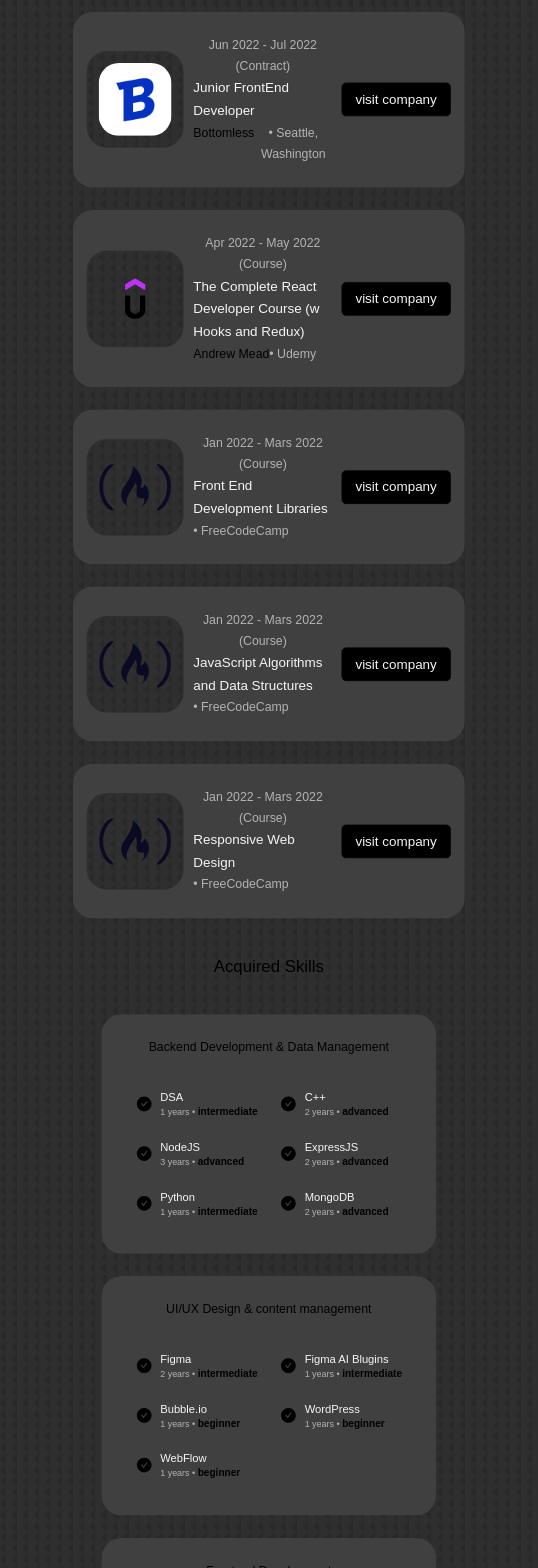
Repository: Z-Bahaa/project_joker_react_portfolio
Page: /
An editor plug-in stored every save of this project. The page is shown before and after the next save, followed by the edit.
The browser window is 768 px wide. The pictures show the part of the page from y = 4260 to 6500 px (the page is 8555 px tall before and 8686 px after), at 70% of full size.
Some web fonts or font styles are not loaded; a fallback is used. The project was rebuilt for these pictures with package versions that can differ from the ones it lists, and the page was loaded fresh each time. Imported but missing from the stored project, and not drawn on this page: src/assets/resume.pdf.

Above is the page before, as saved 2023-08-21 18:54:17.

### public/index.html
<!DOCTYPE html>
<html lang="en">

<head>
  <meta charset="UTF-8">
  <meta name="viewport" content="width=device-width, initial-scale=1.0">
  <title>Zeyad Bahaa</title>
  <link rel="shortcut icon" href="/Logo.png" />
</head>

<body>
  <div id="root"></div>
</body>

</html>

### src/App.jsx
import Header from './components/header/Header'
import Nav from './components/nav/Nav'
import About from './components/about/About'
import Experience from './components/experience/Experience'
// import Services from './components/services/Services'
import Portfolio from './components/portfolio/Portfolio'
// import Testimonials from './components/testimonials/Testimonials'
import Contact from './components/contact/Contact'
import Footer from './components/footer/Footer'


const App = () => {
  return (
    <>
      <Header />
      <Nav />
      <About />
      <Portfolio />
      <Experience />
      {/* <Services /> */}
{/*       <Testimonials /> */}
      <Contact />
      <Footer />

    </>
  )
}

export default App

### src/components/header/Header.jsx
import './header.css';
import CTA from './CTA'
import ME from '../../assets/me-3.png'
import HeaderSocials from './HeaderSocials'

const Header = () => {
  return (
    <div className='header container' id='home'>
      <div className='header__container'>
        <h5>Hello, I'm</h5>
        <h1>Zeyad Bahaa</h1>
        <h5 className="text-light">Software & web development Enthusiast</h5>
        <CTA />
        <HeaderSocials />

        <div className="me">
          <img src={ME} alt="" />
        </div>

        <a href='#contact' className="scroll__down">Scroll Down</a>
      </div>
    </div>
  )
}

export default Header

### src/components/nav/Nav.jsx
import './nav.css'
import { AiOutlineHome, AiOutlineUser, AiOutlineMessage } from 'react-icons/ai'
import { BiBookAlt } from 'react-icons/bi'
import { BsBagDash } from 'react-icons/bs'
import { useState} from 'react'

const Nav = () => {
  const [activeNav, setActiveNAv] = useState('#')
  return (
    <div className="nav">
      <a href="#home" className={activeNav === '#' ? 'active' : ''} onClick={() => setActiveNAv('#')}><AiOutlineHome /></a>
      <a href="#about" className={activeNav === '#about' ? 'active' : ''} onClick={() => setActiveNAv('#about')}><AiOutlineUser /></a>
      <a href="#portfolio" className={activeNav === '#services' ? 'active' : ''} onClick={() => setActiveNAv('#services')}><BsBagDash /></a>
      <a href="#experience" className={activeNav === '#experience' ? 'active' : ''} onClick={() => setActiveNAv('#experience')}><BiBookAlt /></a>
      <a href="#contact" className={activeNav === '#contact' ? 'active' : ''} onClick={() => setActiveNAv('#contact')}><AiOutlineMessage /></a>
    </div>
  )
}

export default Nav

### src/components/about/About.jsx
import './about.css'
import ME from '../../assets/me-3.png'
/* import { FiAward, FiUsers } from 'react-icons/fi'
import { AiFillFolderOpen } from 'react-icons/ai' */
const About = () => {
  return (
    <div className="section" id="about">
      <h5>Get To Know</h5>
      <h2>About Me</h2>

      <div className="container about__container">
        <div className="about__me">
          <div className="about__me-image">
            <img src={ME} alt="About" />
          </div>
        </div>

        <div className="about__content">
          {/* <div className="about__cards">

            <div className="about__card">
              <FiAward className="about__icon" />
              <h5>Experience</h5>
              <small>3+ Years Working</small>
            </div>

            <div className="about__card">
              <FiUsers className="about__icon" />
              <h5>Clients</h5>
              <small>200+ Worldwide</small>
            </div>

            <div className="about__card">
              <AiFillFolderOpen className="about__icon" />
              <h5>Projects</h5>
              <small>80+ Completed Projects</small>
            </div>

          </div> */}

          <p>
          Confident young professional with a passion for learning and development. eager to leverage education and training in the software development space to support the growth and success of a High performing organization. Strong track record of settling effective goals and leading teams to achieve those goals. committed to continuous improvement and driving team success.
          </p>

          <a href="#contact" className="btn btn-primary">Let's Talk</a>
        </div>
      </div>
    </div>
  )
}

export default About

### src/components/experience/Experience.jsx
import './experience.css'
import {skills, experience} from '../../data/experiences'
import { AiFillCheckCircle } from 'react-icons/ai'

const Experience = () => {
  return (
    <div className="section" id="experience">
      <h5>What Skills Do I Have?</h5>
      <h2>My Experiences</h2>
      <div className="history__container">
        {
          experience.map((e) => (
            <div>
              <div className="image-container">
                <img src={e.image} alt='company logo'/>
              </div>
              <div className="course-details-container">
                <p>{e.date}</p>
                <h1>{e.title}</h1>
                <section>
                  <span>{e.address.city}</span>
                  <p> • {e.address.country}</p>
                </section>
              </div>
              <a href={e.url} target="_blank" rel="noreferrer">
                <button className="btn btn-primary" >
                  <h1>visit company</h1>
                </button>
              </a>
            </div>
          ))
        }
      </div>
      <h2>Acquired Skills</h2>
      <div className="experience__container">
        {
          skills.map((field) => (
            <div>
              <h3>{field.title}</h3>
              <div className="experience__content">
                {
                  field.list.map((item) => (
                    <div className="experience__details">

                        <AiFillCheckCircle className="experience__details-icon"/>
                        <div>
                          <h4>{item.name}</h4>
                          <small>{(item.experience + " ")} • <span>{" " + item.level}</span> </small>
                        </div>
                    </div>
                  ))
                }
              </div>
            </div>
          ))
        }
      </div>

    </div>
  )
}

export default Experience

### src/components/portfolio/Portfolio.jsx
import './portfolio.css'
import projects from '../../data/projects'



const Portfolio = () => {
  return (
    <div className="section" id='portfolio'>
      <h5>My Recent Work</h5>
      <h2>Portfolio</h2>

      <div className="container portfolio__container">
        {
          projects.map(item => (
            <div  key={item.id} className="portfolio__item">
              <img src={item.img} className="portfolio__item-image" alt=""/>
              <h3>{item.title || 'This is a portfolio item title'}</h3>
              <p>{item.tech || 'This is a portfolio item title'}</p>
              <div className="portfolio__item-cta">
                <a className="btn" href={item.github} target='_blank' rel="noreferrer">Github</a>
                <a className="btn btn-primary" href={item.demo} target='_blank' rel="noreferrer">Live Demo</a>
              </div>
            </div>
          ))
        }
      </div>
    </div>
  )
}

export default Portfolio

### src/components/contact/Contact.jsx
import './contact.css'
import { AiOutlineMail, AiOutlineWhatsApp } from 'react-icons/ai'
import { RiMessengerLine } from 'react-icons/ri'


const Contact = () => {

  return (
    <div className="section" id="contact">
      <h5>Get In Touch</h5>
      <h2>Contact Me</h2>

      <div className="container contact__container">
        <div className="contact__options">

          <div className="contact__option">
            <AiOutlineMail className='contact__option-icon'/>
            <h4>Email</h4>
            <h5>zizobahaapersonal@gmail.com</h5>
            <a href="mailto:zizobahaapersonal@gmail.com">Send a message</a>
          </div>

          <div className="contact__option">
            <RiMessengerLine className='contact__option-icon'/>
            <h4>Messenger</h4>
            <h5>Zizo Bahaa</h5>
            <a href="https://m.me/100071918118359">Send a message</a>
          </div>
          <div className="contact__option">
            <AiOutlineWhatsApp className='contact__option-icon' />
            <h4>WhatsApp</h4>
            <h5>+201020730202</h5>
            <a href="https://api.whatsapp.com/send?phone=201020730202" >Send a message</a>
          </div>

        </div>

{        <form
          // ref={form}
          // onSubmit={sendEmail}
          >
          <input type="text" name="name" placeholder="Your Full Name" required/>
          <input type="email" name="email" placeholder="Your Email" required/>
          <textarea name="message" placeholder="Your Message" rows="7" required/>
          <button type="submit" className="btn btn-primary">send Message</button>
        </form>}
      </div>
    </div>
  )
}

export default Contact

### src/components/footer/Footer.jsx
import './footer.css'
import { AiOutlineLinkedin, AiOutlineFacebook, } from 'react-icons/ai'
import { FiTwitter, FiGithub, FiInstagram } from 'react-icons/fi'
import { FaTiktok } from 'react-icons/fa'
import { SiMyanimelist } from 'react-icons/si'

const Footer = () => {
  return (
    <div className="footer">
      <a href="#home" className="footer__icon">Z. bahaa</a>

      <ul className="permalinks">
        <li><a href="#home">Home</a></li>
        <li><a href="#about">About</a></li>
        <li><a href="#experience">Experience</a></li>
        {/* <li><a href="#services">Services</a></li> */}
        <li><a href="#portfolio">Portfolio</a></li>
        {/* <li><a href="#testimonials">Testimonials</a></li> */}
        <li><a href="#contact">Contact</a></li>
      </ul>

      <div className="footer__socials" >
        <a href='https://www.linkedin.com/in/z-bahaa-194022234/' target='_blank' rel="noreferrer"><AiOutlineLinkedin /></a>
        <a href='https://github.com/Z-Bahaa' target='_blank' rel="noreferrer"><FiGithub /></a>
        <a href='https://www.facebook.com/profile.php?id=100071918118359' target='_blank' rel="noreferrer"><AiOutlineFacebook /></a>
      </div>

      <div className="footer__coptright">
        <small>&copy; Z.bahaa. All rights reserved.</small>
      </div>
    </div>
  )
}

export default Footer

### src/components/header/header.css
.header {
  min-height: 120vh;
  padding-top: 7rem;
  /* overflow: hidden; */
}

.header__container {
  text-align: center;
  height: 100%;
  position: relative;
}

.cta {
  margin-top: 2.5rem;
  display: flex;
  gap: 1.2rem;
  justify-content: center;
}

.header__socials {
  display: flex;
  flex-direction: column;
  position: absolute;
  left: 0;
  bottom: 2rem;
  gap: 1rem;
}

.header__socials::after {
  content: "";
  width: 1px;
  height: 2rem;
  background: var(--color-primary);
  align-self: center;
}

.me {
  background: linear-gradient(var(--color-primary), transparent);
  width: 22rem;
  max-height: 27rem;
  position: absolute;
  left: calc(50% - 11rem);
  margin-top: 4rem;
  border-radius: 12rem 12rem 0 0;
  -webkit-border-radius: 12rem 12rem 0 0;
  -moz-border-radius: 12rem 12rem 0 0;
  -ms-border-radius: 12rem 12rem 0 0;
  -o-border-radius: 12rem 12rem 0 0;
  overflow: hidden;
  /* padding: 5rem 1.5rem 1.5rem 1.5rem; */
}
/* .me img {
  min-height: 40rem;
} */

.scroll__down {
  position: absolute;
  right: 0rem;
  bottom: 5rem;
  transform: rotate(90deg);
  -webkit-transform: rotate(90deg);
  -moz-transform: rotate(90deg);
  -ms-transform: rotate(90deg);
  -o-transform: rotate(90deg);
  font-weight: 300;
  font-size: 0.9rem
}

@media screen and (max-width: 1024px) {
  .header {
    height: 70vh;
  }
}

@media screen and (max-width: 600px) {



}

### src/components/header/CTA.jsx
import CV from '../../assets/resume.pdf'

import React from 'react'

const CTA = () => {
  return (
    <div className="cta">
      <a href={CV} className='btn'>Download CV</a>
      <a href="#contact" className="btn btn-primary">Let's Talk</a>
    </div>
  )
}

export default CTA

### src/components/header/HeaderSocials.jsx
import { AiOutlineLinkedin, AiOutlineFacebook,} from 'react-icons/ai'
import {FiGithub} from 'react-icons/fi'



const HeaderSocials = () => {
  return (
    <div className="header__socials">
      <a href='https://www.linkedin.com/in/zizo-bahaa' target='_blank'  rel="noreferrer"><AiOutlineLinkedin /></a>
      <a href='https://github.com/Z-Bahaa' target='_blank'  rel="noreferrer"><FiGithub /></a>
      <a href='https://www.facebook.com/profile.php?id=100071918118359' target='_blank'  rel="noreferrer"><AiOutlineFacebook /></a>
    </div>
  )
}

export default HeaderSocials

### src/components/nav/nav.css
.nav {
  background: rgba(0, 0, 0, 0.3);
  width: max-content;
  display: block;
  padding: 0.7em 1.7em;
  z-index: 2;
  position: fixed;
  left: 50%;
  transform: translateX(-50%);
  -webkit-transform: translateX(-50%);
  -moz-transform: translateX(-50%);
  -ms-transform: translateX(-50%);
  -o-transform: translateX(-50%);
  bottom: 2rem;
  display: flex;
  gap: 0.8rem;
  border-radius: 3rem;
  -webkit-border-radius: 3rem;
  -moz-border-radius: 3rem;
  -ms-border-radius: 3rem;
  -o-border-radius: 3rem;
  backdrop-filter: blur(15px);
}

.nav a {
  background: transparent;
  padding: 0.8rem;
  border-radius: 50%;
  -webkit-border-radius: 50%;
  -moz-border-radius: 50%;
  -ms-border-radius: 50%;
  -o-border-radius: 50%;
  display: flex;
  color: var(--color-light);
  font-size: 1.1rem;
}

.nav a:hover {
  background: rgba(0, 0, 0, 0.3);
}

.nav a.active {
  background: var(--color-primary);
  color: var(--color-bg)
}

### src/components/experience/experience.css
.experience__container {
  display: grid;
  grid-template-columns: 1fr 1fr;
  justify-content: center;
  gap: 2rem;
  margin-inline: 8rem;
}

.history__container {
  display: grid;
  grid-template-columns: 1fr;
  justify-content: center;
  gap: 2rem;
  margin-inline: 8rem;
  margin-bottom: 3rem;
}

.experience__container>div, .history__container>div {
  background: var(--color-bg-variant);
  display: flex;
  flex-direction: column;
  justify-content: center;
  width: 100%;
  padding: 2.4rem 5rem;
  border-radius: 1.8rem;
  -webkit-border-radius: 1.8rem;
  -moz-border-radius: 1.8rem;
  -ms-border-radius: 1.8rem;
  -o-border-radius: 1.8rem;
  border: 1px solid transparent;
  transition: var(--transition);
  -webkit-transition: var(--transition);
  -moz-transition: var(--transition);
  -ms-transition: var(--transition);
  -o-transition: var(--transition);
}

.history__container>div {
  display: flex;
  flex-direction: row;
  align-items: center;
  justify-content: flex-start;
  padding: 1.2rem;
}

.history__container>div .image-container{
  aspect-ratio: 1;
  display: flex;
  align-items: center;
  justify-content: center;
  width: fit-content;
  padding: 1rem;
  /* background-color: red; */
  border-radius: 1.8rem;
  -webkit-border-radius: 1.8rem;
  -moz-border-radius: 1.8rem;
  -ms-border-radius: 1.8rem;
  -o-border-radius: 1.8rem;
  background: var(--color-bg);
  background-image: url(../../assets/bg-texture.png);
  border-color: var(--color-bg);
  border-style: solid;
  border-width: 1px;
  margin-inline-end: .1rem;
}

.history__container>div .image-container img{
  width: 6.5rem;
  border-radius: 1.8rem;
  -webkit-border-radius: 1.8rem;
  -moz-border-radius: 1.8rem;
  -ms-border-radius: 1.8rem;
  -o-border-radius: 1.8rem;
}

.experience__container>div:hover, .history__container>div:hover {
  background: transparent;
  border-color: var(--color-primary-variant);
  cursor: default;
}

.history__container>div .course-details-container{
  padding: .8rem;
  display: flex;
  width: 100%;
  height: 100%;
  /* background-color: red; */
  flex-direction: column;
  justify-content: center;
  align-items: flex-start;

}
.history__container>div h1{
  font-size: 1.2rem;

}

.history__container>div .course-details-container section{
  display: flex;

}

.history__container>div .course-details-container  span {
  text-align: center;
  font-size: 1.1rem;
  /* margin-bottom: 2rem; */
  color: var(--color-primary);

}
.history__container>div .course-details-container  p {
  text-align: center;
  font-size: 1.1rem;
  /* margin-bottom: 1rem; */
  color: var(--color-light);

}

.history__container>div button {
  color: var(--color-white);
  min-width: fit-content;

}

.experience__container>div h3 {
  text-align: center;
  font-size: 1.1rem;
  margin-bottom: 2rem;
  color: var(--color-primary);
}

.experience__content {
  display: grid;
  grid-template-columns: 1fr 1fr;
  width: 100%;
  justify-content: space-between;
  /* background-color: red; */
  align-items: space-between;
  gap: 2rem;
  row-gap: 1.9rem;
}

.experience__details {
  display: flex;
  /* background-color: red; */
  width: fit-content;
  align-items: center;
  gap: .7rem;
}

.experience__details-icon {
  margin-bottom: 6px;
  font-size: 1.5rem;
  color: var(--color-primary);
}

.experience__details div {
  display: flex;
  flex-direction: column;
  gap: 0;
  align-items: flex-start;
  justify-content: center;
}

.experience__details div h4 {
  text-align: center;
  font-size: 1rem;
  line-height: 1rem;
  color: var(--color-white);
}

.experience__details div small {
  text-align: center;
  font-size: .8rem;
  /* line-height: 1rem; */
  color: var(--color-light);
}

.experience__details div span {
  text-align: center;
  font-size: .9rem;
  font-weight: bold;
  color: var(--color-primary);
}

@media screen and (max-width: 1024px) {
  .experience__container {
    grid-template-columns: 1fr;
    gap: 2rem;
    align-items: center;
    justify-content: center;
  }

  .experience__container>div {
    width: 80%;
    padding: 2rem;
    margin: 0 auto;
    min-width: fit-content;
  }

  .experience__content {
    padding: 1rem;
    width: 100%;
    align-items: center;
    justify-content: center;
    /* grid-template-columns: 1fr; */
  }
}

@media screen and (max-width: 900px) {
  .experience__container {
  }

  .experience__container>div {
    width: 80%;
    padding: 2rem;
    margin: 0 auto;
    min-width: fit-content;
  }

  .experience__content {
    padding: 1rem;
    width: 100%;
    align-items: center;
    justify-content: center;
    /* grid-template-columns: 1fr; */
  }
}

@media screen and (max-width: 600px) {
  .experience__container {
    gap: 1rem;
    padding: 0;
    margin: 0;
  }

  .experience__container>div {
    width: 100%;
    /* padding: 0; */
    margin: 0 auto;
  }
}

### src/components/portfolio/portfolio.css
.portfolio__container {
  display: grid;
  grid-template-columns: repeat(2, 1fr);
  gap: 2.5rem;
}

.portfolio__item {
  background: var(--color-bg-variant);
  padding: 1.2rem;
  border-radius: 2rem;
  -webkit-border-radius: 2rem;
  -moz-border-radius: 2rem;
  -ms-border-radius: 2rem;
  -o-border-radius: 2rem;
  border: 1px solid transparent;
  transition: var(--transition);
  -webkit-transition: var(--transition);
  -moz-transition: var(--transition);
  -ms-transition: var(--transition);
  -o-transition: var(--transition);
}

.portfolio__item:hover {
  border-color: var(--color-primary-variant);
  background: transparent;
}

.portfolio__item-image {
  border-radius: 1.5rem;
  -webkit-border-radius: 1.5rem;
  -moz-border-radius: 1.5rem;
  -ms-border-radius: 1.5rem;
  -o-border-radius: 1.5rem;
  overflow: hidden;
}

.portfolio__item h3 {
  margin: 0rem 0.2rem;
  margin-top: 1rem;
}

.portfolio__item p {
  margin: 0rem 0.2rem;
  margin-bottom: 1rem;
  font-size: 1rem;
  color: var(--color-light);
}

.portfolio__item-cta {
  display: flex;
  align-self: flex-end;
  gap: 1rem;
  margin-bottom: 1rem;
}

@media screen and (max-width: 1024px) {
  .portfolio__container {
    grid-template-columns: 1fr 1fr;
    gap: 1.2rem;
  }
}

@media screen and (max-width: 600px) {
  .portfolio__container {
    grid-template-columns: 1fr;
    gap: 1rem;
  }
}

### src/components/contact/contact.css
.container.contact__container {
  width: 58%;
  display: grid;
  grid-template-columns: 30% 58%;
  gap: 12%;
}

.contact__options {
  display: flex;
  flex-direction: column;
  gap: 1.2rem;
}

.contact__option {
  background: var(--color-bg-variant);
  padding: 1.2rem;
  border-radius: 1.2rem;
  -webkit-border-radius: 1.2rem;
  -moz-border-radius: 1.2rem;
  -ms-border-radius: 1.2rem;
  -o-border-radius: 1.2rem;
  text-align: center;
  border: 1px solid transparent;
  transition: var(--transition);
  overflow: hidden;
}

.contact__option:hover {
  background: transparent;
  border-color: var(--color-primary-variant);
}

.contact__option-icon {
  font-size: 1.5rem;
  margin-bottom: 0.5rem;

}

.contact__option a {
  margin-top: 0.7rem;
  display: inline-block;
  font-size: .8rem;
}

form {
  display: flex;
  flex-direction: column;
  gap: 1.2rem;
}

input, textarea {
  width: 100%;
  padding: 1.5rem;
  border-radius: 0.5rem;
  -webkit-border-radius: 0.5rem;
  -moz-border-radius: 0.5rem;
  -ms-border-radius: 0.5rem;
  -o-border-radius: 0.5rem;
  background: transparent;
  border: 1px solid var(--color-primary-variant);
  resize: none;
  color: var(--color-white);
}

@media screen and (max-width: 1024px) {
  .container.contact__container {
    grid-template-columns: 1fr;
    gap: 2rem;
  }
}

@media screen and (max-width: 600px) {
  .container.contact__container {
    width: var(--container-width-sm);
  }
}

### src/components/footer/footer.css
.footer {
  background: var(--color-primary);
  padding: 3rem 0;
  padding-bottom: 0;
  text-align: center;
  font-size:0.9rem;
  margin-top: 7rem;
}

.footer a {
  color: var(--color-bg);
}

.footer__icon {
  font-size:2rem;
  font-weight: 500;
  margin-bottom: 2rem;
  display: inline-block;
}

.permalinks {
  display: flex;
  flex-wrap: wrap;
  justify-content: center;
  gap: 2rem;
  margin: 0 auto 3rem;
}

.footer__socials {
  display: flex;
  justify-content: center;
  gap: 1rem;
  margin-bottom: 4rem;
}

.footer__socials a {
  background: var(--color-bg);
  color: var(--color-white);
  padding: 0.8rem;
  border-radius: 0.7rem;
  -webkit-border-radius: 0.7rem;
  -moz-border-radius: 0.7rem;
  -ms-border-radius: 0.7rem;
  -o-border-radius: 0.7rem;
  display: flex;
  border: 1px solid transparent;
  margin-bottom: 5rem;
}

.footer__socials a:hover {
  background: transparent;
  color: var(--color-bg);
  border-color: var(--color-bg);

}

.footer__copyright {
  margin-bottom: 4rem;
  color: var(--color-bg);
}

@media screen and (max-width: 600px) {
  .permalinks {
    flex-direction: column;
    gap: 1.5rem;
  }
}

Loaded but not shown: src/data/experiences.js (207 lines, source omitted); src/data/projects.js (65 lines, source omitted); src/index.js (5 lines, source omitted); src/index.css (151 lines, source omitted); src/components/about/about.css (141 lines, source omitted)

After the next save:
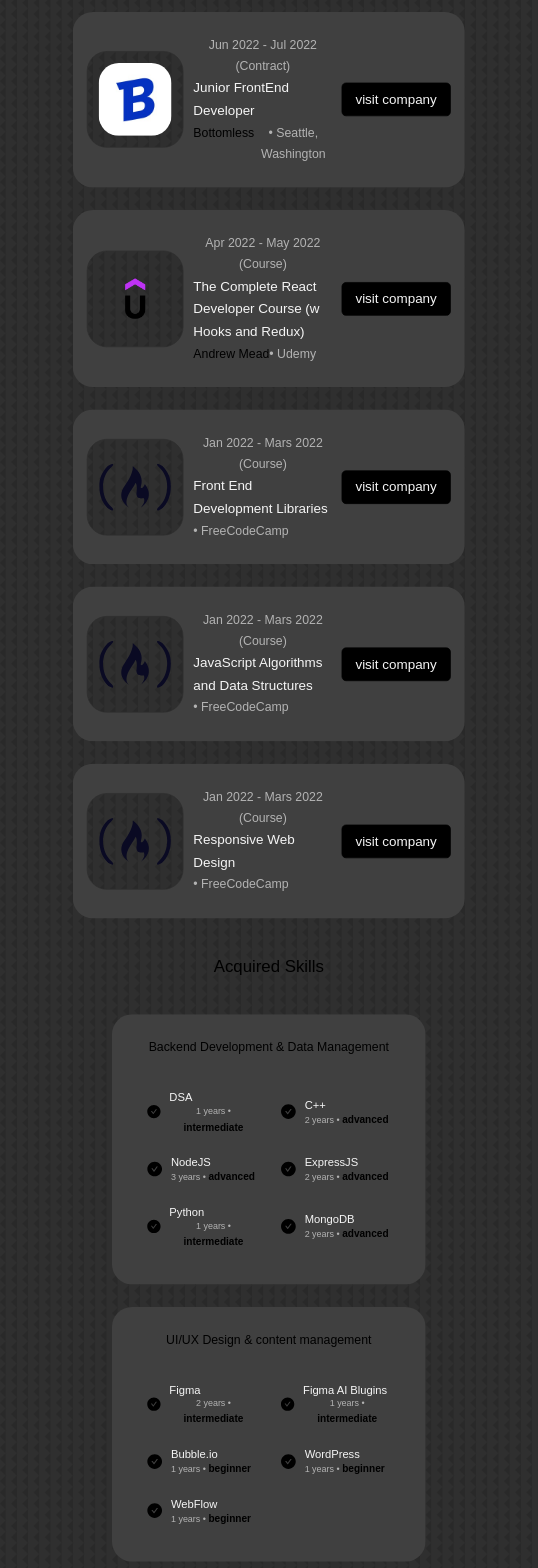
Saved 6 s later.
--- a/src/components/experience/experience.css
+++ b/src/components/experience/experience.css
@@ -213,7 +213,7 @@
   .experience__container>div {
     width: 80%;
     padding: 2rem;
-    margin: 0 auto;
+    margin: 0 2rem;
     min-width: fit-content;
   }
 
